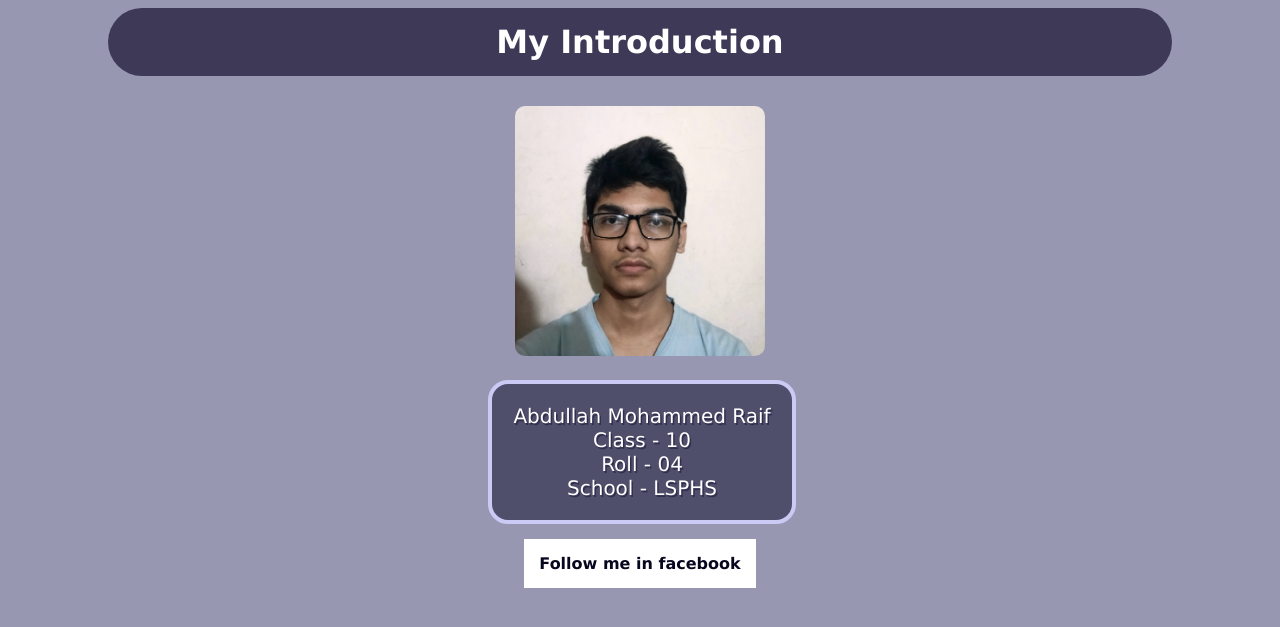
Repository: Raif-007/Portfolio
Page: index.html
These files come from the project's save history. The page is drawn as it stood at one moment and after the next save; the edit follows.
The browser window is 1280 px wide. The pictures show the whole page.

Above is the page before, as saved 2021-07-05 17:46:12.

### index.html
<!DOCTYPE html>
<html lang="en">

<head>
    <meta charset="UTF-8">
    <meta http-equiv="X-UA-Compatible" content="IE=edge">
    <meta name="viewport" content="width=device-width, initial-scale=1.0">
    <title>Portfolio</title>
    <link rel="stylesheet" href="styles.css">
</head>

<body>

    <h1>
        My Introduction
    </h1>

    <img id="i01" src="final pic.jpg" alt="raif">


    <div>

        <p>
            Abdullah Mohammed Raif
            <br> Class - 10
            <br> Roll - 04
            <br> School - LSPHS

        </p>


    </div>


    <a href="https://www.facebook.com/raif.chy.58">Follow me in facebook</a>

</body>

</html>

### styles.css
        body {
            background-color: rgba(54, 54, 105, 0.514);
            color: #ffffff;
            font-family: Verdana, Geneva, Tahoma, sans-serif;
            text-align: center;
        }

        h1 {
            background-color: rgba(30, 25, 56, 0.74);
            padding: 15px;
            margin: 0px 100px;
            border-radius: 50px;
        }

        div {
            font-size: 20px;
            border: 4px solid rgb(202, 202, 245);
            width: 300px;
            margin-left: 480px;
            margin-top: 20px;
            background-color: rgba(25, 25, 56, 0.568);
            border-radius: 20px;
            text-shadow: 1.5px 1.5px rgba(25, 25, 56, 0.568);
            margin-bottom: 30px;
        }

        #i01 {
            width: 250px;
            height: 250px;
            margin-top: 30px;
            border-radius: 10px;
        }

        a:link {
            background-color: #ffffff;
            color: rgb(6, 6, 31);
            text-decoration: none;
            padding: 15px;
            font-weight: 700;
        }

        a:hover {
            background-color: rgb(6, 6, 31);
            color: #ffffff;
            text-decoration: none;
            padding: 15px;
            font-weight: 700;
        }

        a:visited {
            background-color: rgb(6, 6, 31);
            color: #ffffff;
            text-decoration: none;
            padding: 15px;
            font-weight: 700;
        }

        a:active {}

After the next save:
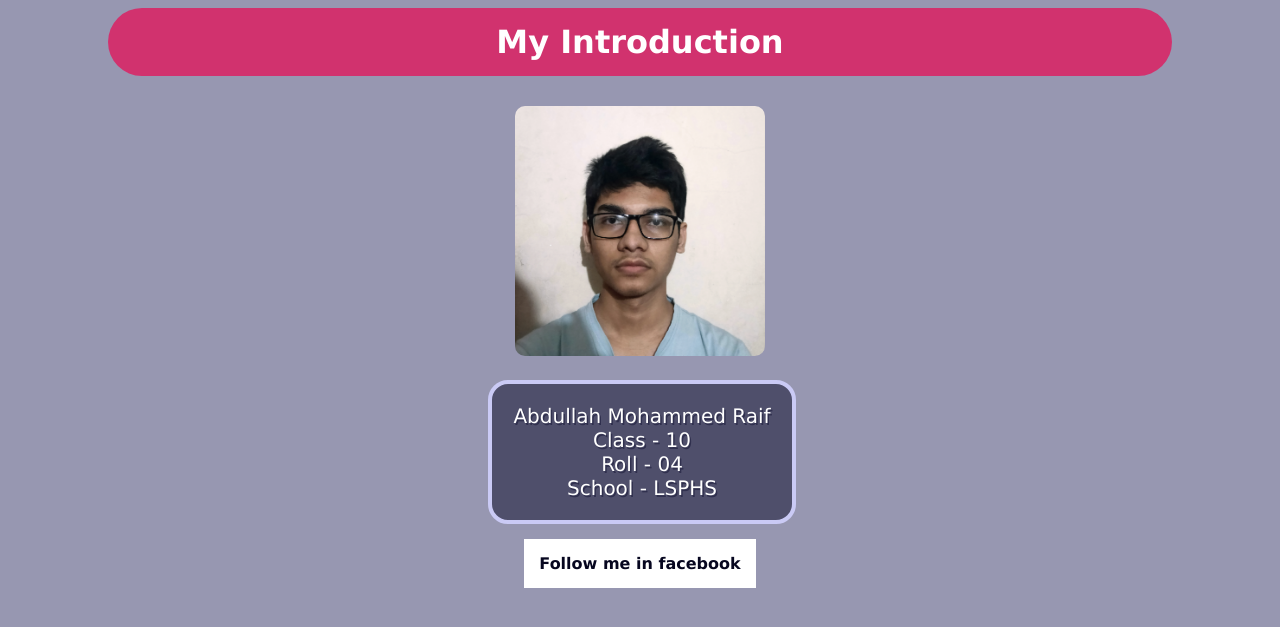
Saved 33 s later.
--- a/styles.css
+++ b/styles.css
@@ -7,6 +7,7 @@
 
         h1 {
             background-color: rgba(30, 25, 56, 0.74);
+            background-color: rgba(230, 16, 87, 0.74);
             padding: 15px;
             margin: 0px 100px;
             border-radius: 50px;
@@ -48,7 +49,7 @@
         }
 
         a:visited {
-            background-color: rgb(6, 6, 31);
+            background-color: rgba(230, 16, 87, 0.74);
             color: #ffffff;
             text-decoration: none;
             padding: 15px;

After the save that followed:
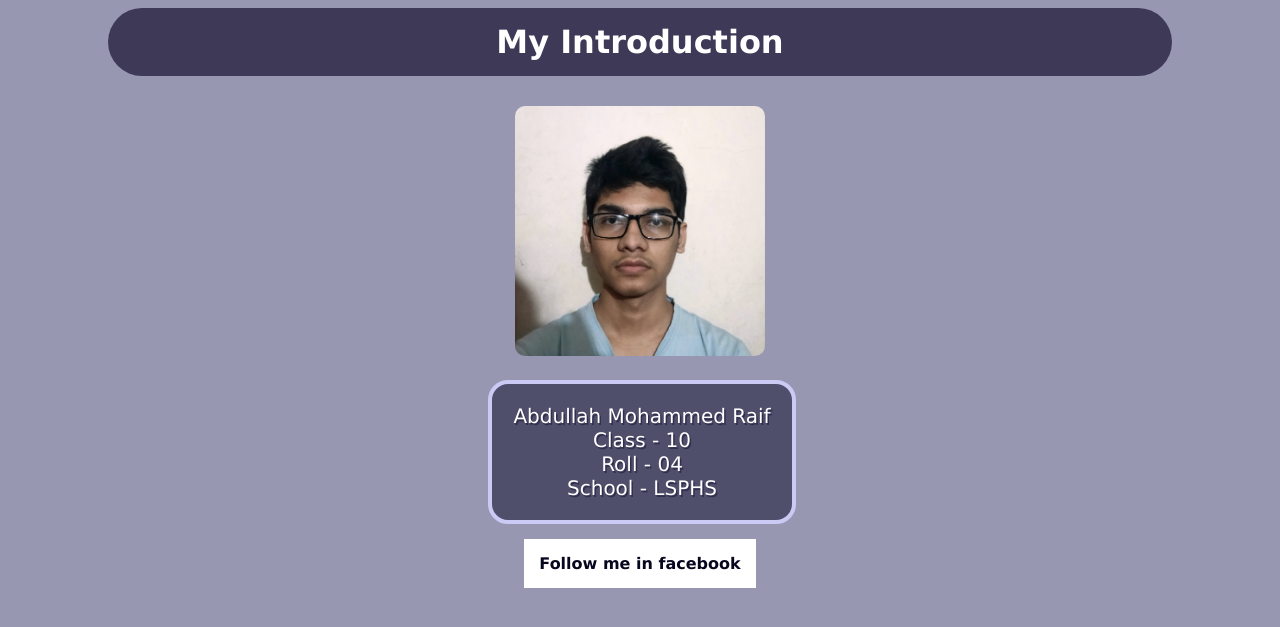
Saved 11 s later.
--- a/styles.css
+++ b/styles.css
@@ -7,7 +7,6 @@
 
         h1 {
             background-color: rgba(30, 25, 56, 0.74);
-            background-color: rgba(230, 16, 87, 0.74);
             padding: 15px;
             margin: 0px 100px;
             border-radius: 50px;
